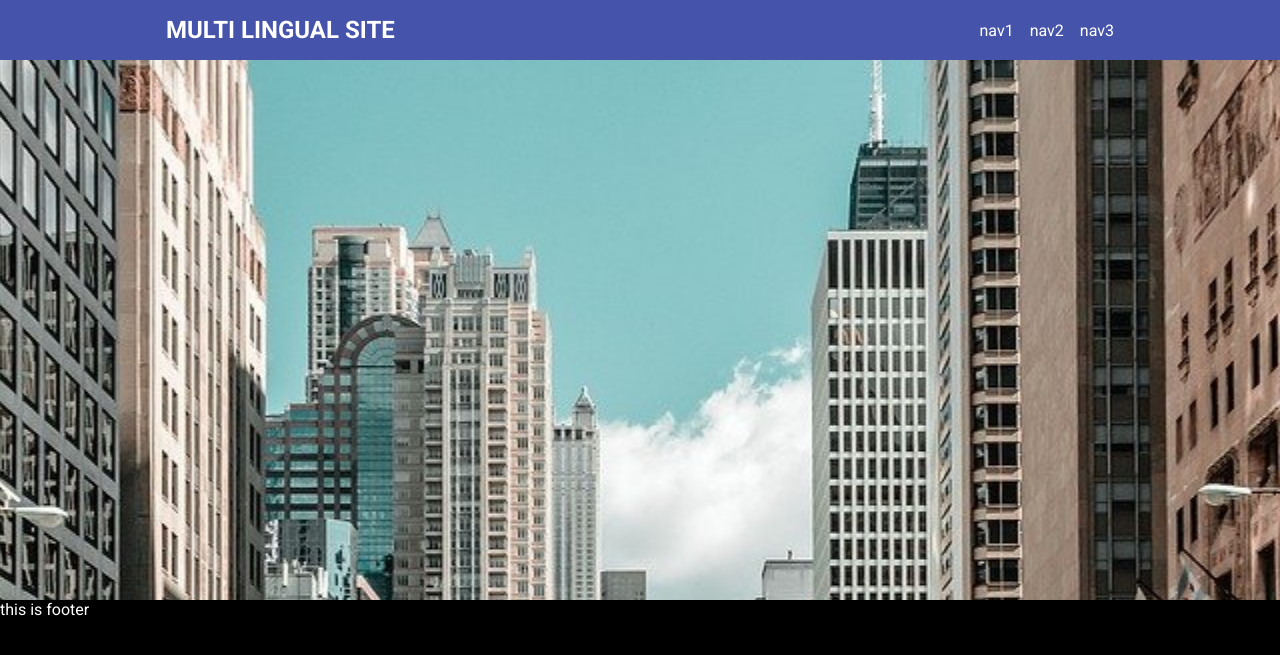
Repository: ksbsh27/multi_lingual
Page: index.html
An editor plug-in stored every save of this project. The page is shown before and after the next save, followed by the edit.
The browser window is 1280 px wide. The pictures show the whole page.
The style sheet was rebuilt from its Sass, Less or Tailwind sources for each picture, by a compiler version that may differ from the author's.

Above is the page before, as saved 2022-03-31 22:58:09.

After the next save:
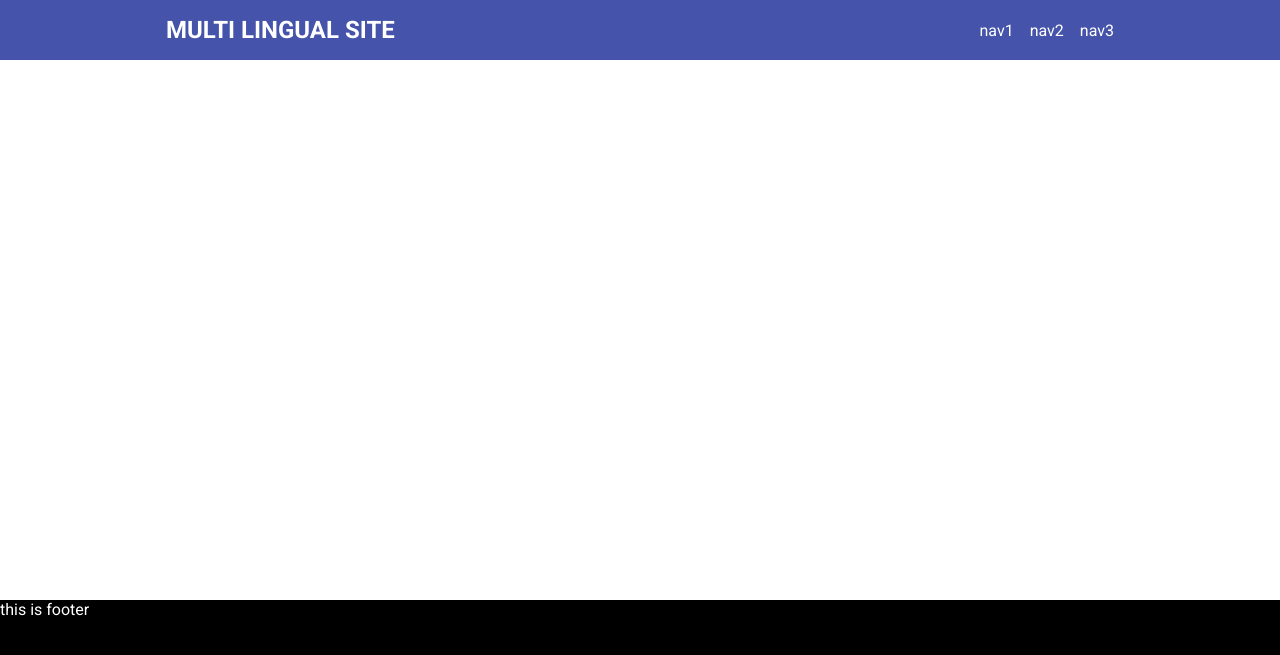
Saved 5 s later.
--- a/sass/style.scss
+++ b/sass/style.scss
@@ -35,7 +35,7 @@
       transform: scale(2);
       &.show{
         // transition: .8s;
-        z-index: 2;
+        z-index: -2;
         opacity: 1;
       }
     }

After the 3 saves that followed:
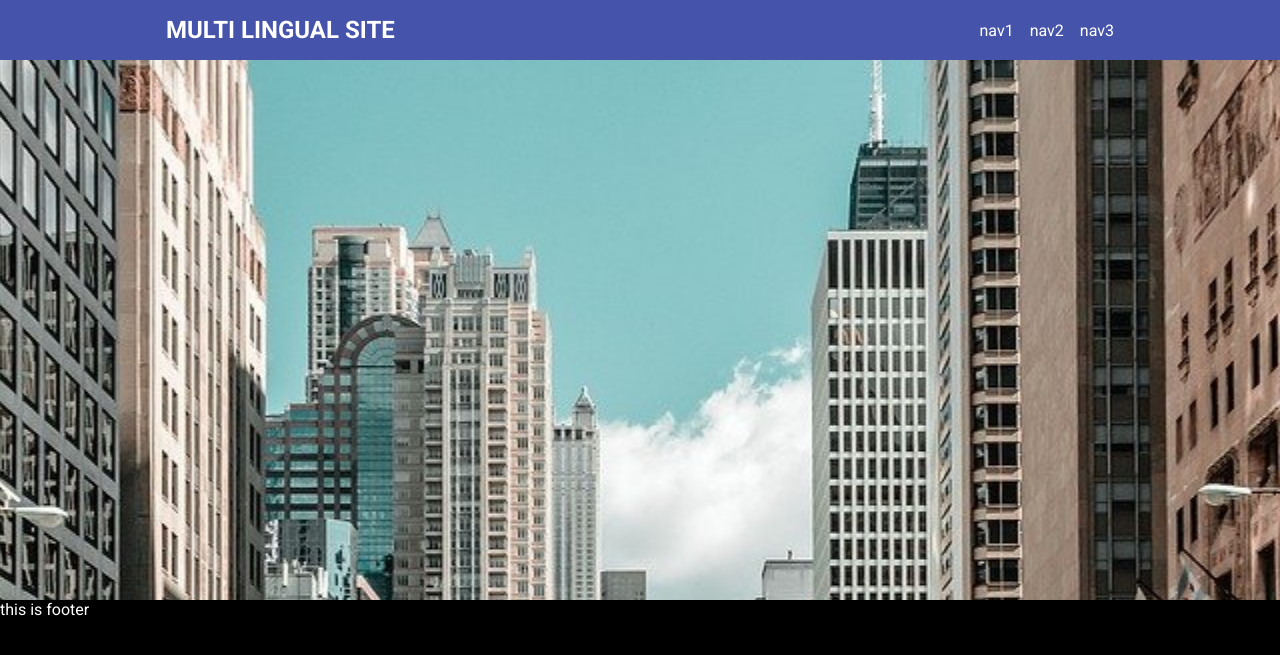
The 3 saves are shown as one change because 1 left the picture as it was and some came seconds apart.
The last was saved 20 s later.
--- a/sass/style.scss
+++ b/sass/style.scss
@@ -31,11 +31,11 @@
       left: 0;
       opacity: 0;
       transition: .8s;
-      z-index: -1;
+      z-index: -2;
       transform: scale(2);
       &.show{
         // transition: .8s;
-        z-index: -2;
+        z-index: 1;
         opacity: 1;
       }
     }
